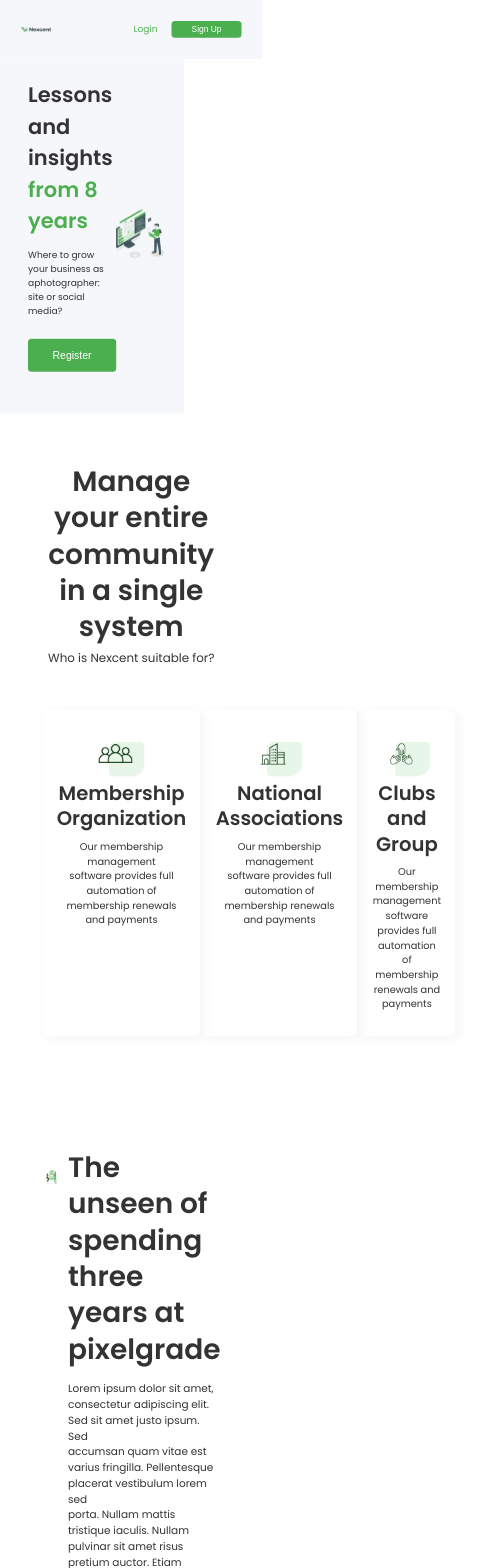
Repository: Eldream12/axia-second-project
Page: index.html
An editor plug-in stored every save of this project. The page is shown before and after the next save, followed by the edit.
The browser window is 375 px wide. The page is 691 px wide, so the pictures cover 691 px, including what lies to the right of the window. The pictures show the part of the page from y = 0 to 2240 px (the page is 6241 px tall before and 6272 px after), at 70% of full size.

Above is the page before, as saved 2025-03-18 13:16:33.

### index.html
<!DOCTYPE html>
<html lang="en">
	<head>
		<meta charset="UTF-8" />
		<meta name="viewport" content="width=device-width, initial-scale=1.0" />
		<title>Landing Page</title>
		<link rel="stylesheet" href="styles/style.css" />
	</head>
	<body>
		<!-- navBar -->
		<header>
			<div id="navbar">
				<div class="logo">
					<img src="images/Logo.png" alt="Logo" />
				</div>

				<div class="contact-home">
					<ul>
						<li><a href="">Home</a></li>
						<li><a href="">Service</a></li>
						<li><a href="">Feature</a></li>
						<li><a href="">Product</a></li>
						<li><a href="">Testimonial</a></li>
						<li><a href="">FAQ</a></li>
					</ul>
				</div>

				<div class="login">
					<a href="">Login</a>
					<button id="signup-btn">Sign Up</button>
				</div>
			</div>
		</header>

		<!-- hero-section -->
		<main>
			<div class="hero-section">
				<div class="all-text">
					<h1 class="text-1">Lessons and insights</h1>
					<h1 class="text-2">from 8 years</h1>
					<p>
						Where to grow your business as aphotographer: site or social media?
					</p>
					<button>Register</button>
				</div>

				<div>
					<img src="images/Illustration.png" alt="heroimage" width="350px" />
				</div>
			</div>

			<!-- community -->
			<div id="community">
				<div class="com-header-text">
					<h2>Manage your entire community</h2>
					<h2>in a single system</h2>
					<p>Who is Nexcent suitable for?</p>
				</div>

				<div class="components">
					<div class="box">
						<div>
							<img src="images/Icon (3).png" alt="Icon" />
						</div>
						<div class="box-text">
							<h2>Membership</h2>
							<h2>Organization</h2>
							<p>
								Our membership management <br />
								software provides full automation of <br />
								membership renewals and payments
							</p>
						</div>
					</div>

					<div class="box">
						<div>
							<img src="images/Icon (1).png" alt="Icon" />
						</div>
						<div class="box-text">
							<h2>National</h2>
							<h2>Associations</h2>
							<p>
								Our membership management <br />
								software provides full automation of <br />
								membership renewals and payments
							</p>
						</div>
					</div>

					<div class="box">
						<div>
							<img src="images/Icon (2).png" alt="Icon" />
						</div>
						<div class="box-text">
							<h2>Clubs and</h2>
							<h2>Group</h2>
							<p>
								Our membership management <br />
								software provides full automation of <br />
								membership renewals and payments
							</p>
						</div>
					</div>
				</div>

				<div class="sub-component">
					<div>
						<img src="images/rafiki.png" alt="subject" />
					</div>

					<div class="txt">
						<h2>
							The unseen of spending three <br />
							years at pixelgrade
						</h2>
						<p>
							Lorem ipsum dolor sit amet, consectetur adipiscing elit. Sed sit
							amet justo ipsum. Sed <br />
							accumsan quam vitae est varius fringilla. Pellentesque placerat
							vestibulum lorem sed <br />
							porta. Nullam mattis tristique iaculis. Nullam pulvinar sit amet
							risus pretium auctor. Etiam <br />
							quis massa pulvinar, aliquam quam vitae, tempus sem. Donec
							elementum pulvinar odio.
						</p>
						<button>Learn More</button>
					</div>
				</div>
			</div>

			<!-- about -->
			<div class="about">
				<div class="about-header">
					<h2 class="t--1">Helping a local</h2>
					<h2 class="t--2">business reinvent itself</h2>
					<p>We reached here with our hard work and dedicaton</p>
				</div>

				<!-- abt-info -->
				<div class="abt-info">
					<div class="cnt-info--1">
						<div class="m-info">
							<div>
								<img src="images/Icon 1.png" alt="icon" />
							</div>
							<div class="txt">
								<h3>2,245,342</h3>
								<p>Members</p>
							</div>
						</div>
						<div class="m-info">
							<div>
								<img src="images/Icon 2.png" alt="icon" />
							</div>
							<div class="txt">
								<h3>828,867</h3>
								<p>Event Bookings</p>
							</div>
						</div>
					</div>

					<div class="ctn-info--2">
						<div class="m-info">
							<div>
								<img src="images/Icon 3.png" alt="icon" />
							</div>
							<div class="txt">
								<h3>46,328</h3>
								<p>Clubs</p>
							</div>
						</div>
						<div class="m-info">
							<div>
								<img src="images/Icon 4.png" alt="icon" />
							</div>
							<div class="txt">
								<h3>1,926,436</h3>
								<p>Payment</p>
							</div>
						</div>
					</div>
				</div>
			</div>

			<!-- How to -->
			<div class="how-to">
				<div>
					<img src="images/pana.png" alt="pana" />
				</div>
				<div class="how-txt">
					<h2>
						How to design your site footer like <br />
						we did
					</h2>
					<p>
						Donec a eros justo. Fusce egestas tristique ultrices. Nam tempor,
						augue nec tincidunt <br />
						molestie, massa nunc varius arcu, at scelerisque elit erat a magna.
						Donec quis erat at <br />
						libero ultrices mollis. In hac habitasse platea dictumst. Vivamus
						vehicula leo dui, at porta <br />
						nisi facilisis finibus. In euismod augue vitae nisi ultricies, non
						aliquet urna tincidunt. Integer <br />
						in nisi eget nulla commodo faucibus efficitur quis massa. Praesent
						felis est, finibus et nisi <br />
						ac, hendrerit venenatis libero. Donec consectetur faucibus ipsum id
						gravida.
					</p>
					<button class="howto-btn">Learn More</button>
				</div>
			</div>

			<!-- Tim smith -->
			<div class="tim-smith">
				<div>
					<img src="images/image 9.png" alt="tesla" />
				</div>
				<div class="tim-txt">
					<p>
						Maecenas dignissim justo eget nulla rutrum molestie. Maecenas
						lobortis sem dui, vel rutrum risus <br />
						tincidunt ullamcorper. Proin eu enim metus. Vivamus sed libero
						ornare, tristique quam in, gravida <br />
						enim. Nullam ut molestie arcu, at hendrerit elit. Morbi laoreet elit
						at ligula molestie, nec molestie <br />
						mi blandit. Suspendisse cursus tellus sed augue ultrices, quis
						tristique nulla sodales. Suspendisse <br />
						eget lorem eu turpis vestibulum pretium. Suspendisse potenti.
						Quisque malesuada enim sapien, <br />
						vitae placerat ante feugiat eget. Quisque vulputate odio neque, eget
						efficitur libero condimentum <br />id. Curabitur id nibh id sem
						dignissim finibus ac sit amet magna.
					</p>
					<h4>Tim Smith</h4>
					<p>British Dragon Boat Racing Association</p>
					<div class="tim-link">
						<div class="tim-icon">
							<img src="/images/Frame 10.png" alt="frame 10" />
						</div>
						<div class="meet">
							<a href=""
								><h4>
									Meet all customers <img src="images/Right.png" alt="" /></h4
							></a>
						</div>
					</div>
				</div>
			</div>

			<!-- caring -->
			<div class="caring">
				<div>
					<h2>Caring is the new marketing</h2>
					<p>
						The Nexcent blog is the best place to read about the latest
						membership insights, trends <br />
						and more. See who's joining the community, read about how our
						community <br />
						are increasing their membership income and lot's more.
					</p>
				</div>

				<div class="c-images">
					<div>
						<div>
							<img src="images/image 18.png" alt="" />
						</div>
						<div class="c-text">
							<p>
								Creating Streamlined <br />
								Safeguarding Processes with <br />
								OneRen
							</p>
							<div class="readmore">
								<a href=""
									>Read More <img class="c-right" src="images/Right.png" alt=""
								/></a>
							</div>
						</div>
					</div>

					<div>
						<div>
							<img src="images/image 19.png" alt="" />
						</div>
						<div class="c-text">
							<p>
								What are your safeguarding <br />
								responsibilities and how can <br />
								you manage them?
							</p>
							<div class="readmore">
								<a href=""
									>Read More <img class="c-right" src="images/Right.png" alt=""
								/></a>
							</div>
						</div>
					</div>

					<div>
						<div>
							<img src="images/image 20.png" alt="" />
						</div>
						<div class="c-text">
							<p>
								Revamping the Membership <br />
								Model with Triathlon <br />
								Australia
							</p>
							<div class="readmore">
								<a href="#"
									>Read More<img class="c-right" src="images/Right.png" alt=""
								/></a>
							</div>
						</div>
					</div>
				</div>
			</div>

			<div class="pellen">
				<h2>Pellentesque suscipit <br />fringilla libero eu.</h2>
				<div class="pellen-btn">
					<button>Get a demo</button>
					<!-- <img src="images/Right.png" alt="" /> -->
				</div>
			</div>
		</main>

		<!-- footer -->
		<footer>
			<div class="footer-end">
				<div class="foot-logo">
					<img src="images/Logo footer.png" alt="" />
					<p class="ftxt">Copyright © 2020 Nexcent ltd.</p>
					<p class="ftxt">All rights reserved</p>
					<div class="socials">
						<div><img src="images/Social Icons 1.png" alt="" /></div>
						<div><img src="images/Social Icons 2.png" alt="" /></div>
						<div><img src="images/Social Icons 3.png" alt="" /></div>
						<div><img src="images/Social Icons 4.png" alt="" /></div>
					</div>
				</div>

				<div>
					<h3>Company</h3>
					<div class="comps"><a href="">About Us</a></div>
					<div class="comps"><a href="">Blog</a></div>
					<div class="comps"><a href="">Contact us</a></div>
					<div class="comps"><a href="">Pricing</a></div>
					<div class="comps"><a href="">Testimonials</a></div>
				</div>

				<div>
					<h3>Support</h3>
					<div class="comps"><a href="">Help center</a> <br /></div>
					<div class="comps"><a href="">Terms of service</a> <br /></div>
					<div class="comps"><a href="">Legal</a> <br /></div>
					<div class="comps"><a href="">Privacy policy</a> <br /></div>
					<div class="comps"><a href="">Status</a> <br /></div>
				</div>

				<div>
					<h3 class="stay">Stay up to date</h3>
					<div class="e-mail">
						<input
							type="email"
							name="email"
							placeholder="Your email address"
							value=""
						/>
						<div class="snd">
							<img src="images/send.png" alt="" />
						</div>
					</div>
				</div>
			</div>
		</footer>
	</body>
</html>

### styles/style.css
@import url("https://fonts.googleapis.com/css2?family=Poppins:ital,wght@0,100;0,200;0,300;0,400;0,500;0,600;0,700;0,800;0,900;1,100;1,200;1,300;1,400;1,500;1,600;1,700;1,800;1,900&display=swap");

* {
	margin: 0;
	padding: 0;
	box-sizing: border-box;
}

html body {
	font-family: poppins, sans-serif;
}

/* NavBar */
header #navbar {
	display: flex;
	justify-content: space-around;
	padding: 30px;
	align-items: center;
	background-color: #f5f7fa;
}

ul {
	display: flex;
	list-style: none;
	gap: 40px;
}

li a {
	text-decoration: none;
	color: #000000;
}

.logo {
	display: flex;
	gap: 10px;
}

.logo img {
	height: auto;
	padding: 0;
}

.login {
	display: flex;
	align-items: center;
}

#signup-btn {
	padding: 10px 20px;
	margin-left: 20px;
	font-size: 16px;
	background-color: #4caf4f;
	color: #ffffff;
	border: none;
	border-radius: 5px;
}

.login a {
	text-decoration: none;
	color: #000000;
	color: #4caf4f;
}

/* hero */
.hero-section {
	display: flex;
	justify-content: space-around;
	background-color: #f5f7fa;
	align-items: center;
	padding-bottom: 60px;
}

.hero-section .text-1,
p {
	color: #333333;
}

.hero-section p {
	margin-top: 15px;
}

.hero-section .text-2 {
	color: #4caf4f;
}

.hero-section h1 {
	font-size: 60px;
	font-weight: 600;
}

.hero-section button {
	background-color: #4caf4f;
	color: #ffffff;
	border: none;
	border-radius: 5px;
	padding: 15px 35px;
	margin-top: 30px;
	font-size: 15px;
}

.hero-section,
img {
	padding-top: 30px;
}

.hero-section .all-text {
	margin-left: 40px;
}

/* community */
#community .com-header-text h2 {
	text-align: center;
	color: #333333;
	line-height: 1.3em;
}

#community .com-header-text p {
	text-align: center;
	color: #333333;
	font-size: 17px;
	padding-top: 5px;
}

#community .components {
	display: flex;
	justify-content: space-around;
	text-align: center;
}

#community {
	padding: 70px 60px;
}

#community .com-header-text h2 {
	font-size: 40px;
	font-weight: 600;
}

.components .box-text h2 {
	color: #333333;
	font-weight: 600;
	line-height: 1.3em;
	font-size: 28px;
}

.components .box-text p {
	color: #333333;
	font-size: 14px;
	padding-top: 10px;
}

.components .box {
	border: 1px solid #ebebeb63;
	border-radius: 10px;
	padding: 10px 20px 35px 20px;
	box-shadow: 5px 5px 15px #1b1b1b0a;
}

.components {
	padding: 60px 0 100px 0;
}

/* sub-component */
#community .sub-component {
	display: flex;
	justify-content: center;
	margin-top: 60px;
}

#community .sub-component p {
	color: #333333;
	padding-bottom: 20px;
	font-size: 15px;
	line-height: 1.5em;
}

#community .sub-component h2 {
	color: #333333;
	font-weight: 600;
	font-size: 40px;
	padding-bottom: 20px;
	line-height: 1.3em;
}

#community .sub-component .txt button {
	background-color: #4caf4f;
	color: #ffffff;
	border: none;
	padding: 15px 40px;
	border-radius: 5px;
	font-size: 18px;
}

#community .sub-component .txt {
	align-content: center;
}

/* about */
.about {
	display: flex;
	justify-content: space-around;
	background-color: #f5f7fa;
	align-items: center;
	padding: 60px;
}

.about .about-header .t--1 {
	color: #333333;
}

.about .about-header .t--2 {
	color: #4caf4f;
	padding-top: -10px;
}

.about .about-header h2 {
	font-weight: 600;
	font-size: 40px;
}

.about .about-header p {
	font-size: 15px;
}

.abt-info {
	display: flex;
}

.m-info {
	display: flex;
	align-items: center;
	padding: 15px 0 15px 0;
}

.abt-info .m-info img {
	margin-top: -35px;
}

.abt-info .m-info .txt {
	color: #333333;
	padding-left: 10px;
}

.abt-info .m-info h3 {
	font-weight: 600;
	font-size: 30px;
}

.abt-info {
	gap: 80px;
}

/* how-to */
.how-to {
	display: flex;
	justify-content: center;
	padding: 20px 0 20px 0;
}

.how-to p {
	color: #333333;
	font-size: 15px;
	margin: 30px 0 30px 0;
	line-height: 1.5em;
}

.how-to h2 {
	font-weight: 600;
	font-size: 40px;
	line-height: 1.3em;
	color: #333333;
}

.how-to {
	align-items: center;
}

.how-to .howto-btn {
	background-color: #4caf4f;
	color: #ffffff;
	border: none;
	padding: 15px 40px;
	border-radius: 5px;
	font-size: 18px;
}

/* tim-smith */
.tim-smith {
	display: flex;
	align-items: center;
	justify-content: center;
	background-color: #f5f7fa;
	margin-top: 20px;
	gap: 50px;
}

.tim-smith h4 {
	padding: 10px 0 10px 0;
	color: #4caf4f;
}

.tim-smith p {
	font-size: 15px;
	line-height: 1.5em;
}

.tim-txt .tim-link {
	display: flex;
}

.tim-link .meet {
	display: flex;
}

.tim-link .meet h4 img {
	padding-top: 0;
	position: relative;
	top: 7px;
}

.tim-txt a {
	text-decoration: none;
	color: #4caf4f;
	padding: 30px;
	margin-top: -5px;
}

/* caring */
.caring {
	text-align: center;
	color: #333333;
	margin-top: 50px;
}

.caring h2 {
	font-weight: 600;
	font-size: 40px;
}

.caring p {
	font-size: 15px;
	line-height: 1.5em;
}

.caring .c-images {
	display: flex;
	justify-content: center;
	gap: 40px;
}

.caring .c-text {
	width: 300px;
	background-color: #f5f7fa;
	border-radius: 10px;
	margin: auto;
	position: relative;
	bottom: 100px;
	padding: 40px 0 40px 0;
	box-shadow: #abbed118 10px 10px 15px;
}

.caring .c-text p {
	font-weight: 600;
	font-size: 18px;
	color: #5f5e5e;
}

.caring .c-text a {
	text-decoration: none;
	color: #4caf4f;
	font-weight: 700;
}

.caring .c-text .c-right {
	padding-top: 0;
	position: relative;
	top: 8px;
}

/* pellen */
.pellen {
	text-align: center;
	background-color: #f5f7fa;
	align-items: center;
	padding: 20px 0 20px 0;
}

.pellen h2 {
	font-weight: 600;
	font-size: 55px;
	color: #263238;
	line-height: 1.3em;
}

.pellen button {
	background-color: #4caf4f;
	color: #ffffff;
	border: none;
	padding: 10px 30px;
	border-radius: 5px;
	font-size: 14px;
	margin-top: 20px;
}

/* .pellen button img {
  padding: 0;
} */

/* footer */
.footer-end {
	background-color: #263238;
	display: flex;
	justify-content: center;
	gap: 150px;
	padding: 60px 0 60px 0;
}

.footer-end .foot-logo img {
	padding-top: 0;
	padding-bottom: 35px;
}

.footer-end .foot-logo .socials {
	gap: 15px;
	margin-top: 50px;
}

.footer-end .socials {
	display: flex;
}

.footer-end h3,
.ftxt {
	color: #ffffff;
	padding-bottom: 10px;
}

.footer-end h3 {
	font-weight: 600;
	font-size: 25px;
	margin-bottom: 20px;
}

.footer-end a {
	text-decoration: none;
	color: #ffffff;
}

.footer-end .comps {
	padding-bottom: 10px;
}

.footer-end input {
	height: 40px;
	width: 250px;
	background-color: #ffffff1e;
	color: #ffffff;
	padding: 0 10px 0 10px;
	border: none;
	border-radius: 5px;
	font-size: 14px;
}

.footer-end .snd img {
	padding-top: 0;
	position: relative;
	right: 30px;
	top: 10px;
}

.footer-end .e-mail {
	display: flex;
}

/* Media Query */
@media screen and (max-width: 480px) {
	/* header */
	header #navbar .contact-home {
		display: none;
	}

	header #navbar {
		justify-content: center;
		gap: 100px;
	}

	.logo img {
		width: 100%;
	}

	#signup-btn {
		font-size: 12px;
		width: 100px;
		padding: 5px 5px;
	}

	.login a {
		font-size: 13px;
	}

	/* hero */
	.hero-section {
		justify-content: center;
	}

	.hero-section h1 {
		font-size: 30px;
	}

	.hero-section p {
		font-size: 13px;
	}

	.hero-section,
img {
	max-width: 70%;
}
}

After the next save:
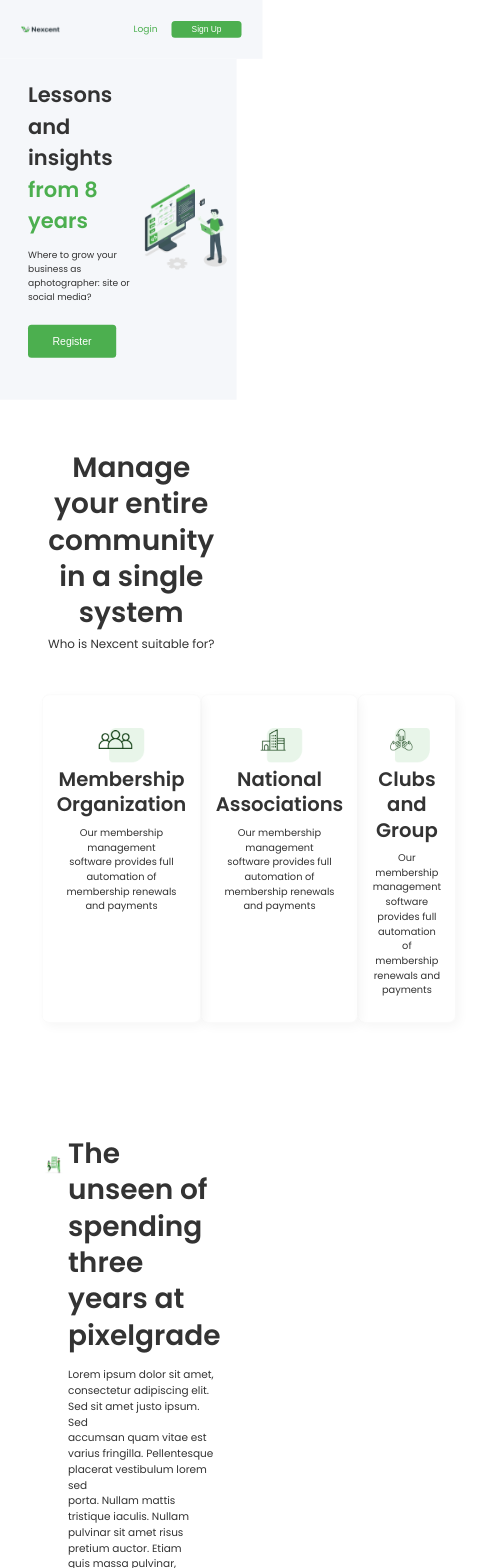
Saved 7 s later.
--- a/styles/style.css
+++ b/styles/style.css
@@ -513,6 +513,6 @@
 
 	.hero-section,
 img {
-	max-width: 70%;
-}
-}
+	max-width: 90%;
+}
+}
